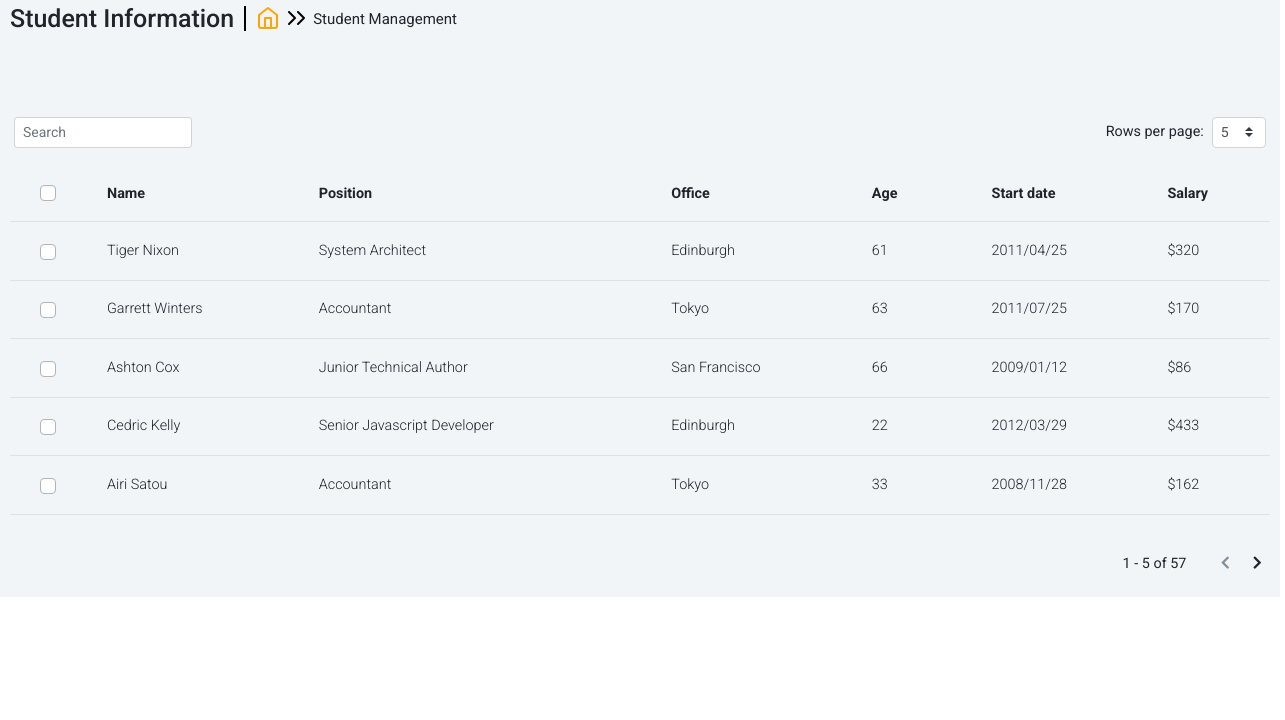
Repository: deepakrajput1998/hestabit_assignment
Page: /
These files come from the project's save history. The page is drawn as it stood at one moment and after the next save; the edit follows.
The browser window is 1280 px wide. The page is 1285 px wide, so the pictures cover 1285 px, including what lies to the right of the window. The pictures show the whole page.
The project was rebuilt for these pictures with package versions that can differ from the ones it lists, and the page was loaded fresh each time.

Above is the page before, as saved 2021-07-25 02:31:29.

### src/index.js
import React from 'react';
import ReactDOM from 'react-dom';
import './index.css';
import App from './App';
import reportWebVitals from './reportWebVitals';
import "@fortawesome/fontawesome-free/css/all.min.css";
import "bootstrap-css-only/css/bootstrap.min.css";
import "mdbreact/dist/css/mdb.css";
ReactDOM.render(
  <React.StrictMode>
    <App />
  </React.StrictMode>,
  document.getElementById('root')
);

// If you want to start measuring performance in your app, pass a function
// to log results (for example: reportWebVitals(console.log))
// or send to an analytics endpoint. Learn more: https://bit.ly/CRA-vitals
reportWebVitals();

### src/Pages/StudentListing/StudentListing.js
import React from 'react'
import classes from "./StudentListing.module.css";
import {Home ,ChevronRight} from 'react-feather'
import DataTable from '../../Component/Common/DataTable/DataTable';
const StudentListing = () => {
    return (
      <div>
        <div className={classes.StudentListing_header} >
          <span className={classes.StudentListing_title}>
            Student Information
          </span>
          <div className={classes.StudentListing_seprator}></div>
          <span style={{ marginTop: "5px" }}>
            {" "}
            <Home color="orange" />
          </span>
          <span style={{ marginTop: "5px" }}>
            {" "}
            <ChevronRight color="black" />
            <ChevronRight style={{ marginLeft: "-15px" }} color="black" />
          </span>
          <span className={classes.StudentListing_title2}>
            Student Management
          </span>
        </div>
        <div className="">
          <DataTable/>
        </div>
      </div>
    );
}

export default StudentListing

### src/Pages/StudentListing/StudentListing.module.css
.StudentListing_title{
    font-size: 25px;
    font-weight: 500;
}
.StudentListing_title2{
    font-size: 15px;
    font-weight: 400;
     margin-block: auto;
}
.StudentListing_seprator{
    height: 25px;
    width:2px;
    background-color: black;
    margin-block: auto;
    margin-inline: 10px;
}
.StudentListing_header{
    display: flex;
    margin-bottom: 5%;
}

### src/Component/Common/DataTable/DataTable.js
import React from "react";
import { MDBDataTableV5 } from "mdbreact";

export default function DataTable() {
  const [datatable, setDatatable] = React.useState({
    columns: [
      {
        label: "Name",
        field: "name",
        width: 150,
        attributes: {
          "aria-controls": "DataTable",
          "aria-label": "Name",
        },
      },
      {
        label: "Position",
        field: "position",
        width: 270,
      },
      {
        label: "Office",
        field: "office",
        width: 200,
      },
      {
        label: "Age",
        field: "age",
        sort: "asc",
        width: 100,
      },
      {
        label: "Start date",
        field: "date",
        sort: "disabled",
        width: 150,
      },
      {
        label: "Salary",
        field: "salary",
        sort: "disabled",
        width: 100,
      },
    ],
    rows: [
      {
        name: "Tiger Nixon",
        position: "System Architect",
        office: "Edinburgh",
        age: "61",
        date: "2011/04/25",
        salary: "$320",
      },
      {
        name: "Garrett Winters",
        position: "Accountant",
        office: "Tokyo",
        age: "63",
        date: "2011/07/25",
        salary: "$170",
      },
      {
        name: "Ashton Cox",
        position: "Junior Technical Author",
        office: "San Francisco",
        age: "66",
        date: "2009/01/12",
        salary: "$86",
      },
      {
        name: "Cedric Kelly",
        position: "Senior Javascript Developer",
        office: "Edinburgh",
        age: "22",
        date: "2012/03/29",
        salary: "$433",
      },
      {
        name: "Airi Satou",
        position: "Accountant",
        office: "Tokyo",
        age: "33",
        date: "2008/11/28",
        salary: "$162",
      },
      {
        name: "Brielle Williamson",
        position: "Integration Specialist",
        office: "New York",
        age: "61",
        date: "2012/12/02",
        salary: "$372",
      },
      {
        name: "Herrod Chandler",
        position: "Sales Assistant",
        office: "San Francisco",
        age: "59",
        date: "2012/08/06",
        salary: "$137",
      },
      {
        name: "Rhona Davidson",
        position: "Integration Specialist",
        office: "Tokyo",
        age: "55",
        date: "2010/10/14",
        salary: "$327",
      },
      {
        name: "Colleen Hurst",
        position: "Javascript Developer",
        office: "San Francisco",
        age: "39",
        date: "2009/09/15",
        salary: "$205",
      },
      {
        name: "Sonya Frost",
        position: "Software Engineer",
        office: "Edinburgh",
        age: "23",
        date: "2008/12/13",
        salary: "$103",
      },
      {
        name: "Jena Gaines",
        position: "Office Manager",
        office: "London",
        age: "30",
        date: "2008/12/19",
        salary: "$90",
      },
      {
        name: "Quinn Flynn",
        position: "Support Lead",
        office: "Edinburgh",
        age: "22",
        date: "2013/03/03",
        salary: "$342",
      },
      {
        name: "Charde Marshall",
        position: "Regional Director",
        office: "San Francisco",
        age: "36",
        date: "2008/10/16",
        salary: "$470",
      },
      {
        name: "Haley Kennedy",
        position: "Senior Marketing Designer",
        office: "London",
        age: "43",
        date: "2012/12/18",
        salary: "$313",
      },
      {
        name: "Tatyana Fitzpatrick",
        position: "Regional Director",
        office: "London",
        age: "19",
        date: "2010/03/17",
        salary: "$385",
      },
      {
        name: "Michael Silva",
        position: "Marketing Designer",
        office: "London",
        age: "66",
        date: "2012/11/27",
        salary: "$198",
      },
      {
        name: "Paul Byrd",
        position: "Chief Financial Officer (CFO)",
        office: "New York",
        age: "64",
        date: "2010/06/09",
        salary: "$725",
      },
      {
        name: "Gloria Little",
        position: "Systems Administrator",
        office: "New York",
        age: "59",
        date: "2009/04/10",
        salary: "$237",
      },
      {
        name: "Bradley Greer",
        position: "Software Engineer",
        office: "London",
        age: "41",
        date: "2012/10/13",
        salary: "$132",
      },
      {
        name: "Dai Rios",
        position: "Personnel Lead",
        office: "Edinburgh",
        age: "35",
        date: "2012/09/26",
        salary: "$217",
      },
      {
        name: "Jenette Caldwell",
        position: "Development Lead",
        office: "New York",
        age: "30",
        date: "2011/09/03",
        salary: "$345",
      },
      {
        name: "Yuri Berry",
        position: "Chief Marketing Officer (CMO)",
        office: "New York",
        age: "40",
        date: "2009/06/25",
        salary: "$675",
      },
      {
        name: "Caesar Vance",
        position: "Pre-Sales Support",
        office: "New York",
        age: "21",
        date: "2011/12/12",
        salary: "$106",
      },
      {
        name: "Doris Wilder",
        position: "Sales Assistant",
        office: "Sidney",
        age: "23",
        date: "2010/09/20",
        salary: "$85",
      },
      {
        name: "Angelica Ramos",
        position: "Chief Executive Officer (CEO)",
        office: "London",
        age: "47",
        date: "2009/10/09",
        salary: "$1",
      },
      {
        name: "Gavin Joyce",
        position: "Developer",
        office: "Edinburgh",
        age: "42",
        date: "2010/12/22",
        salary: "$92",
      },
      {
        name: "Jennifer Chang",
        position: "Regional Director",
        office: "Singapore",
        age: "28",
        date: "2010/11/14",
        salary: "$357",
      },
      {
        name: "Brenden Wagner",
        position: "Software Engineer",
        office: "San Francisco",
        age: "28",
        date: "2011/06/07",
        salary: "$206",
      },
      {
        name: "Fiona Green",
        position: "Chief Operating Officer (COO)",
        office: "San Francisco",
        age: "48",
        date: "2010/03/11",
        salary: "$850",
      },
      {
        name: "Shou Itou",
        position: "Regional Marketing",
        office: "Tokyo",
        age: "20",
        date: "2011/08/14",
        salary: "$163",
      },
      {
        name: "Michelle House",
        position: "Integration Specialist",
        office: "Sidney",
        age: "37",
        date: "2011/06/02",
        salary: "$95",
      },
      {
        name: "Suki Burks",
        position: "Developer",
        office: "London",
        age: "53",
        date: "2009/10/22",
        salary: "$114",
      },
      {
        name: "Prescott Bartlett",
        position: "Technical Author",
        office: "London",
        age: "27",
        date: "2011/05/07",
        salary: "$145",
      },
      {
        name: "Gavin Cortez",
        position: "Team Leader",
        office: "San Francisco",
        age: "22",
        date: "2008/10/26",
        salary: "$235",
      },
      {
        name: "Martena Mccray",
        position: "Post-Sales support",
        office: "Edinburgh",
        age: "46",
        date: "2011/03/09",
        salary: "$324",
      },
      {
        name: "Unity Butler",
        position: "Marketing Designer",
        office: "San Francisco",
        age: "47",
        date: "2009/12/09",
        salary: "$85",
      },
      {
        name: "Howard Hatfield",
        position: "Office Manager",
        office: "San Francisco",
        age: "51",
        date: "2008/12/16",
        salary: "$164",
      },
      {
        name: "Hope Fuentes",
        position: "Secretary",
        office: "San Francisco",
        age: "41",
        date: "2010/02/12",
        salary: "$109",
      },
      {
        name: "Vivian Harrell",
        position: "Financial Controller",
        office: "San Francisco",
        age: "62",
        date: "2009/02/14",
        salary: "$452",
      },
      {
        name: "Timothy Mooney",
        position: "Office Manager",
        office: "London",
        age: "37",
        date: "2008/12/11",
        salary: "$136",
      },
      {
        name: "Jackson Bradshaw",
        position: "Director",
        office: "New York",
        age: "65",
        date: "2008/09/26",
        salary: "$645",
      },
      {
        name: "Olivia Liang",
        position: "Support Engineer",
        office: "Singapore",
        age: "64",
        date: "2011/02/03",
        salary: "$234",
      },
      {
        name: "Bruno Nash",
        position: "Software Engineer",
        office: "London",
        age: "38",
        date: "2011/05/03",
        salary: "$163",
      },
      {
        name: "Sakura Yamamoto",
        position: "Support Engineer",
        office: "Tokyo",
        age: "37",
        date: "2009/08/19",
        salary: "$139",
      },
      {
        name: "Thor Walton",
        position: "Developer",
        office: "New York",
        age: "61",
        date: "2013/08/11",
        salary: "$98",
      },
      {
        name: "Finn Camacho",
        position: "Support Engineer",
        office: "San Francisco",
        age: "47",
        date: "2009/07/07",
        salary: "$87",
      },
      {
        name: "Serge Baldwin",
        position: "Data Coordinator",
        office: "Singapore",
        age: "64",
        date: "2012/04/09",
        salary: "$138",
      },
      {
        name: "Zenaida Frank",
        position: "Software Engineer",
        office: "New York",
        age: "63",
        date: "2010/01/04",
        salary: "$125",
      },
      {
        name: "Zorita Serrano",
        position: "Software Engineer",
        office: "San Francisco",
        age: "56",
        date: "2012/06/01",
        salary: "$115",
      },
      {
        name: "Jennifer Acosta",
        position: "Junior Javascript Developer",
        office: "Edinburgh",
        age: "43",
        date: "2013/02/01",
        salary: "$75",
      },
      {
        name: "Cara Stevens",
        position: "Sales Assistant",
        office: "New York",
        age: "46",
        date: "2011/12/06",
        salary: "$145",
      },
      {
        name: "Hermione Butler",
        position: "Regional Director",
        office: "London",
        age: "47",
        date: "2011/03/21",
        salary: "$356",
      },
      {
        name: "Lael Greer",
        position: "Systems Administrator",
        office: "London",
        age: "21",
        date: "2009/02/27",
        salary: "$103",
      },
      {
        name: "Jonas Alexander",
        position: "Developer",
        office: "San Francisco",
        age: "30",
        date: "2010/07/14",
        salary: "$86",
      },
      {
        name: "Shad Decker",
        position: "Regional Director",
        office: "Edinburgh",
        age: "51",
        date: "2008/11/13",
        salary: "$183",
      },
      {
        name: "Michael Bruce",
        position: "Javascript Developer",
        office: "Singapore",
        age: "29",
        date: "2011/06/27",
        salary: "$183",
      },
      {
        name: "Donna Snider",
        position: "Customer Support",
        office: "New York",
        age: "27",
        date: "2011/01/25",
        salary: "$112",
      },
    ],
  });
  const [checkbox1, setCheckbox1] = React.useState("");

  const showLogs2 = (e) => {
    setCheckbox1(e);
  };

  return (
    <>
      <MDBDataTableV5
        hover
        entriesOptions={[5, 20, 25]}
        entries={5}
        pagesAmount={4}
        data={datatable}
        checkbox
        headCheckboxID="id41"
        bodyCheckboxID="checkboxes41"
        getValueCheckboxes={(e) => {
          showLogs2(e);
        }}
        getValueAllCheckBoxes={(e) => {
          showLogs2(e);
        }}
        multipleCheckboxes
        filledCheckboxes
        pagingTop
        searchTop
        searchBottom={false}

      />
    </>
  );
}

Loaded but not shown: public/index.html (common file); src/index.css (common file); src/App.js (common file); src/reportWebVitals.js (common file); src/App.css (common file)

After the next save:
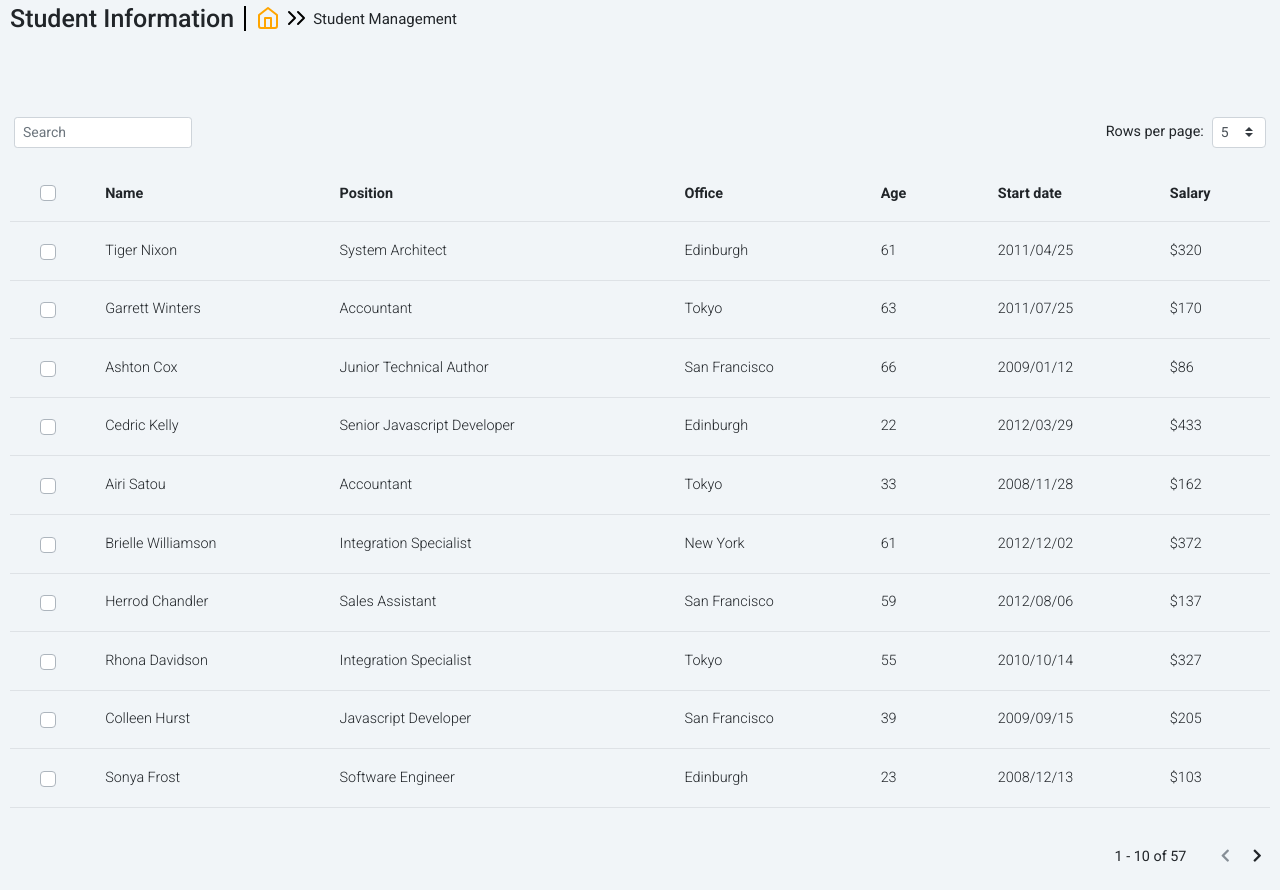
Saved 70 s later.
--- a/src/Component/Common/DataTable/DataTable.js
+++ b/src/Component/Common/DataTable/DataTable.js
@@ -512,7 +512,7 @@
       <MDBDataTableV5
         hover
         entriesOptions={[5, 20, 25]}
-        entries={5}
+
         pagesAmount={4}
         data={datatable}
         checkbox

After the save that followed:
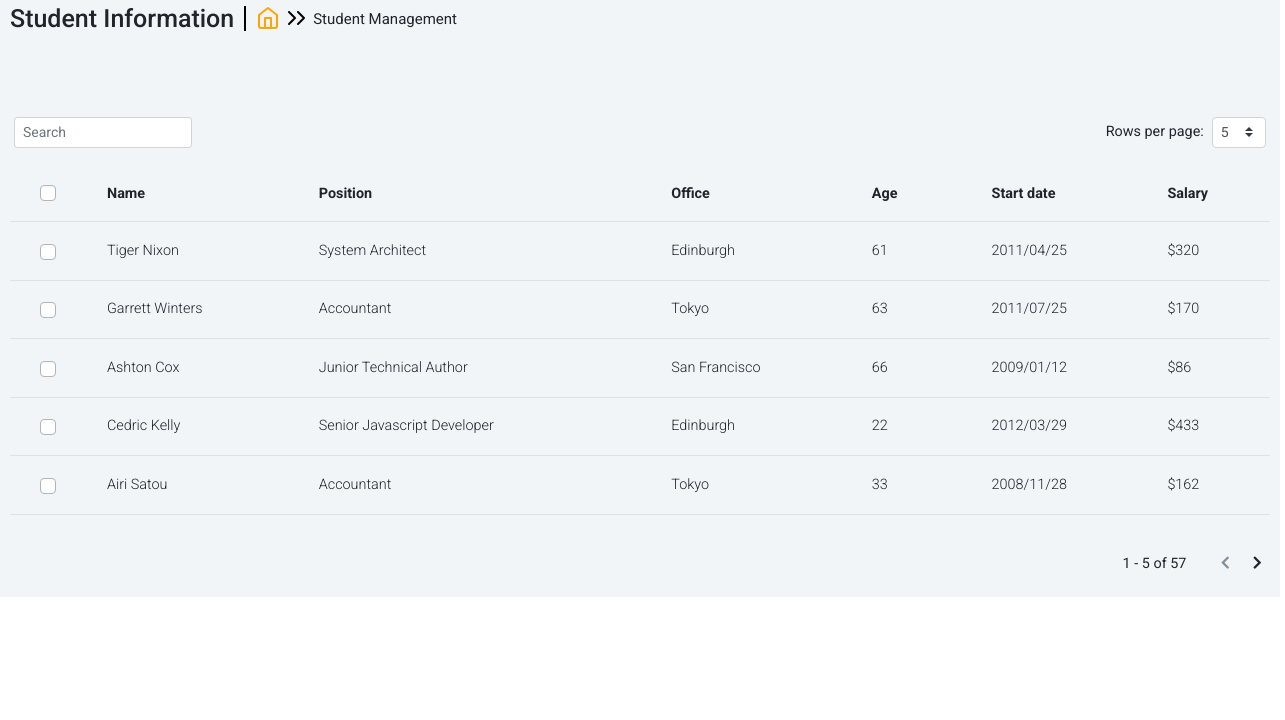
Saved 23 s later.
--- a/src/Component/Common/DataTable/DataTable.js
+++ b/src/Component/Common/DataTable/DataTable.js
@@ -512,7 +512,7 @@
       <MDBDataTableV5
         hover
         entriesOptions={[5, 20, 25]}
-
+        entries={5}
         pagesAmount={4}
         data={datatable}
         checkbox
